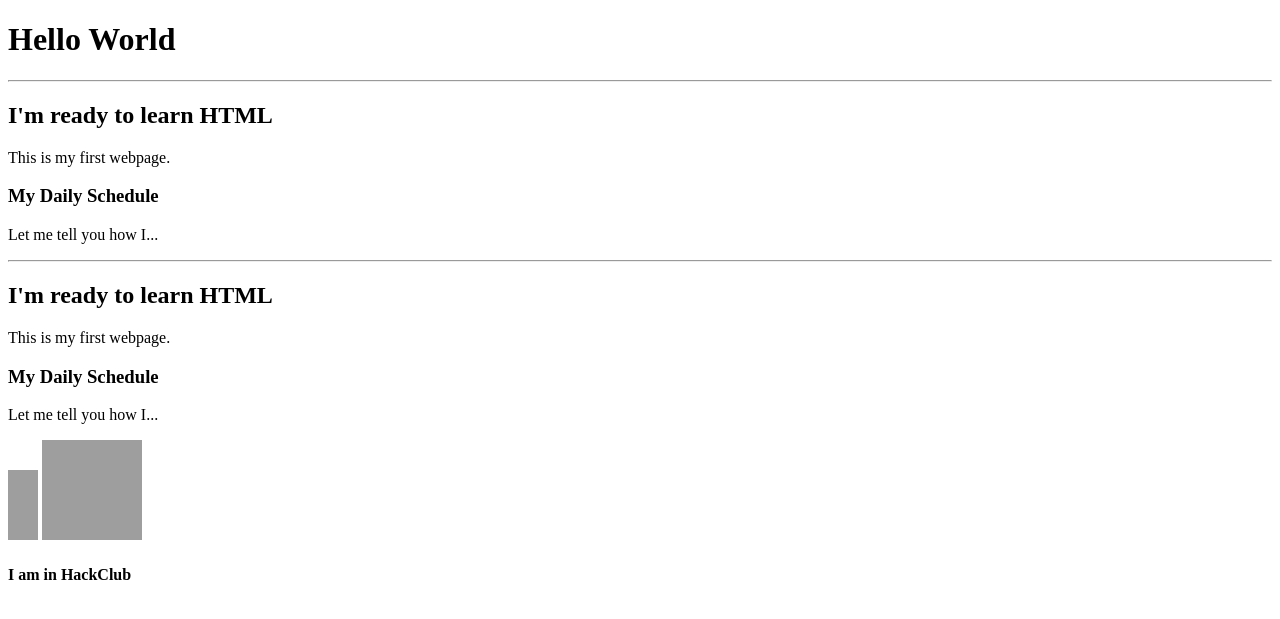
Repository: AmiaFischer/Boba
Page: index.html
An editor plug-in stored every save of this project. The page is shown before and after the next save, followed by the edit.
The browser window is 1280 px wide. The pictures show the whole page.
Pictures or frames that could not be fetched are drawn as grey boxes.

Above is the page before, as saved 2024-11-11 20:22:44.

After the next save:
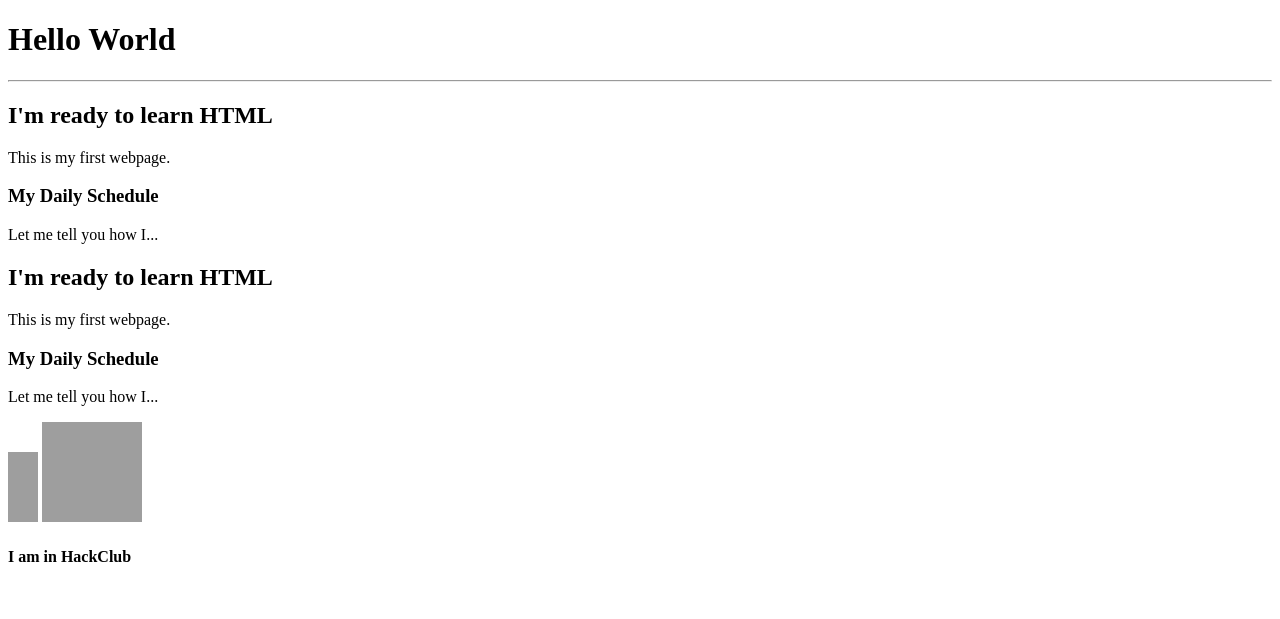
Saved 3 min 4 s later.
--- a/index.html
+++ b/index.html
@@ -12,13 +12,12 @@
 
         <hr>
 
-        <h2 class="html">I'm ready to learn HTML</h2>
+        <h2 id="html">I'm ready to learn HTML</h2>
         <p>This is my first webpage.</p>
 
         <h3>My Daily Schedule</h3>
         <p>Let me tell you how I...</p>
 
-        <hr>
 
         <h2>I'm ready to learn HTML</h2>
         <p>This is my first webpage.</p>
